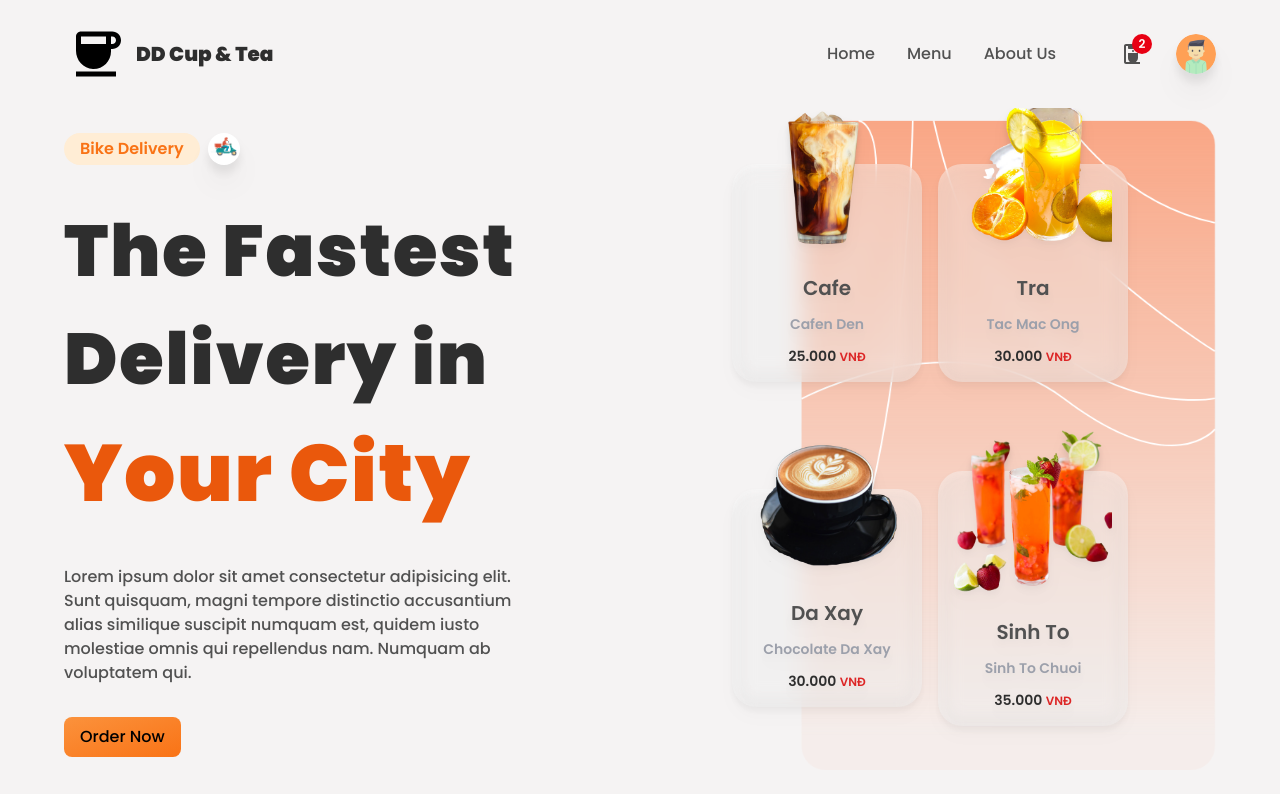
Repository: duongspm/ddcoffee
Page: /
These files come from the project's save history. The page is drawn as it stood at one moment and after the next save; the edit follows.
The browser window is 1280 px wide. The pictures show the whole page.
The project was rebuilt for these pictures with package versions that can differ from the ones it lists, and the page was loaded fresh each time. Also part of the build but not shown: src/App.css, src/components/CreateContainer.jsx.

Above is the page before, as saved 2022-07-12 20:28:50.

### src/index.js
import React from 'react';
import ReactDOM from 'react-dom/client';
import './index.css';
import App from './App';
import reportWebVitals from './reportWebVitals';

import { BrowserRouter as Router } from 'react-router-dom';

import { StateProvider } from './context/StateProvider';
import { initialState } from './context/initalState';
import reducer from './context/reducer';

const root = ReactDOM.createRoot(document.getElementById('root'));
root.render(
  <Router>
    <StateProvider initialState={initialState} reducer={reducer}>
      <App />
    </StateProvider>
  </Router>
  // <React.StrictMode>
  //   <App />
  // </React.StrictMode>
);

// If you want to start measuring performance in your app, pass a function
// to log results (for example: reportWebVitals(console.log))
// or send to an analytics endpoint. Learn more: https://bit.ly/CRA-vitals
reportWebVitals();

### src/index.css
/* body {
  margin: 0;
  font-family: -apple-system, BlinkMacSystemFont, 'Segoe UI', 'Roboto', 'Oxygen',
    'Ubuntu', 'Cantarell', 'Fira Sans', 'Droid Sans', 'Helvetica Neue',
    sans-serif;
  -webkit-font-smoothing: antialiased;
  -moz-osx-font-smoothing: grayscale;
}

code {
  font-family: source-code-pro, Menlo, Monaco, Consolas, 'Courier New',
    monospace;
} */

@import url(https://fonts.googleapis.com/css2?family=DM+Sans:ital,wght@0,400;0,500;1,400;1,500&family=Inter:wght@400;500;600&family=Mulish:wght@300&family=Nunito+Sans:wght@200&family=Playfair+Display:wght@700&family=Poppins:wght@500;600;900&family=Quicksand:wght@700&display=swap);
*{
  margin: 0;
  padding: 0;
  box-sizing: border-box;
}
body{
  font-family: 'Poppins', sans-serif, -apple-system, BlinkMacSystemFont, 'Segoe UI', 'Roboto', 'Oxygen',
  'Ubuntu', 'Cantarell', 'Fira Sans', 'Droid Sans', 'Helvetica Neue',
  sans-serif;
}
html, body{
  scroll-behavior: smooth;
  overflow-x: hidden; /*chống tràn*/
}
@tailwind base;
@tailwind components;
@tailwind utilities;

### src/App.js
import './App.css';
import {Route, Routes} from 'react-router-dom';
import MainContainer from './components/MainContainer';
import CreateContainer from './components/CreateContainer';
import { AnimatePresence } from 'framer-motion';

import { Header } from './components';

function App() {
  return (
    <AnimatePresence exitBeforeEnter>
      <div className="w-screen h-auto flex flex-col bg-primary">
        <Header/>
        <main className='mt-14 md:mt-24 px-4 md:px-16 py-4 w-full'>
          <Routes>
            <Route path='/*' element={<MainContainer/>}></Route>
            <Route path='/createItem' element={<CreateContainer/>}></Route>
          </Routes>
        </main>
      </div>
    </AnimatePresence>
  );
}

export default App;

### src/context/StateProvider.js
import React, {createContext, useContext, useReducer} from 'react';
export const StateContext = createContext();
export const StateProvider = ({reducer, initialState, children}) => (
    <StateContext.Provider value={useReducer(reducer, initialState)}>
        {children}
    </StateContext.Provider>
);

export const useStateValue = () => useContext(StateContext);

### src/context/initalState.js
import { fetchUser } from "../utils/fetchLocalStorageData"

const userInfo = fetchUser()

export const initialState = {
    user: null,
}

### src/context/reducer.js
export const actionType = {
    SET_USER: "SET_USER",
};

const reducer = (state, action) => {
    console.log(action);

    switch (action.type){
        case actionType.SET_USER:
            return {
                ...state,
                user: action.user,
            };

        default:
            return state;
    }
};

export default reducer;

### src/components/MainContainer.jsx
import React from 'react';
import HomeContainer from './HomeContainer';

const MainContainer = () => {
    return (
        <div className='w-full h-auto flex flex-col items-center justify-center'>
            <HomeContainer/>
        </div>
    );
};

export default MainContainer;

### src/components/index.js
export {default as Header} from './Header';
export {default as MainContainer} from './MainContainer';
export {default as CreateContainer} from './CreateContainer';
export {default as HomeContainer} from './HomeContainer';

### src/utils/fetchLocalStorageData.js
export const fetchUser = () => {
    const userInfo =
        localStorage.getItem("user") !== "undefined"
        ? JSON.parse(localStorage.getItem("user"))
        : localStorage.clear();
    return userInfo;
}

### src/components/HomeContainer.jsx
import React from 'react';
import delivery from '../assets/imgs/delivery.png';
import HeroBg from '../assets/imgs/heroBg.png';
import heroData from '../utils/data'

const HomeContainer = () => {
    return (
        <section id="home" className='grid grid-cols-1 md:grid-cols-2 gap-2 w-full'>
            <div className='py-2 flex flex-1 flex-col items-start  justify-center gap-8'>
                <div className='flex items-center gap-2 justify-center'>
                    <p className='text-base text-orange-500 font-semibold bg-orange-100 px-4 py-1 rounded-full'>Bike Delivery</p>
                    <div className='w-8 h-8 bg-white rounded-full overflow-hidden drop-shadow-xl'>
                        <img src={delivery} className="w-full h-full object-contain" alt="deli"/>
                    </div>
                </div>
                <p className='text-[2.5rem] font-bold tracking-wide text-headingColor lg:text-[4.5rem]'>The Fastest Delivery in <span className='text-orange-600 text-[3rem] lg:text-[5rem]'>Your City</span></p>
                <p className='text-base text-textColor text-center md:text-left md:w-[80%]'>Lorem ipsum dolor sit amet consectetur adipisicing elit. Sunt quisquam, magni tempore distinctio accusantium alias similique suscipit numquam est, quidem iusto molestiae omnis qui repellendus nam. Numquam ab voluptatem qui.</p>
                <button type='button' className='bg-gradient-to-br from-orange-400 to-orange-500 w-full px-4 py-2 rounded-lg hover:shadow-lg transition-all ease-in-out md:w-auto'>Order Now</button>
            </div>
            <div className='py-2 flex-1 flex items-center relative'>
                <img src={HeroBg} className="ml-auto h-420 w-full lg:w-auto lg:h-650" alt="hero-bg"/>

                <div className='w-full h-full absolute flex items-center justify-center top-0 left-0 py-4 gap-4 flex-wrap lg:px-26'>
                    {heroData && heroData.map(n => (
                        <div key={n.id} className='w-190 bg-cardOverlay backdrop-blur-md p-4 rounded-3xl flex flex-col items-center justify-center lg:w-190 drop-shadow-lg'>
                        <img src={n.imageSrc} className='w-20 lg:w-40 -mt-10 lg:-mt-20' alt='i1'/>
                        <p className='text-base lg:text-xl font-semibold text-textColor mt-2 lg:mt-4'>{n.name}</p>
                        <p className='text-[12px] lg:text-sm font-semibold text-lighttextGray my-1 lg:my-3'>{n.decp}</p>
                        <p className='text-sm font-semibold text-headingColor'>{n.price} <span className='text-xs text-red-600'>VNĐ</span></p>
                    </div>
                    ))}
                </div>
            </div>
        </section>
    );
};

export default HomeContainer;

### src/components/Header.jsx
import React, { useState } from 'react';
import {motion} from "framer-motion";
import {Link} from 'react-router-dom';
import {MdCoffee} from 'react-icons/md';
import {MdCoffeeMaker, MdAdd, MdLogout, MdAccountCircle} from 'react-icons/md';
//import Logo from '../assets/imgs/logo-dendo-cocaybua.png';
import Avatar from '../assets/imgs/avatar.png';
import { getAuth, signInWithPopup, GoogleAuthProvider } from "firebase/auth";
import { app } from '../firebase.config';
import { useStateValue } from '../context/StateProvider';
import { actionType } from '../context/reducer';

const Header = () => {
    const firebaseAuth = getAuth(app);
    const provider = new GoogleAuthProvider();

    const [{user}, dispatch] = useStateValue()

    const [isMenu, setIsMenu] = useState(false);

    const login = async () => {
        //đăng nhập rồi click vô avt k hiện đăng nhập nữa
        if(!user)
        {
            const {user: {refreshToken, providerData}} = await signInWithPopup(firebaseAuth, provider);
            dispatch({
                type : actionType.SET_USER,
                user : providerData[0],
            });
            localStorage.setItem("user", JSON.stringify(providerData[0]))
        }else{
            setIsMenu(!isMenu);
        }
    };
    const logout = () => {
        setIsMenu(false);
        localStorage.clear();
        dispatch({
            type: actionType.SET_USER,
            user: null,
        });
    }

    return (
        <header className='fixed z-50 w-screen p-3 px-4 md:p-6 md:px-16 bg-primary'>
            {/* desktop */}
            <div className='hidden md:flex w-full h-full items-center justify-between'>
                <Link to={"/"} className='flex items-center gap-2'>
                    {/* <img src={Logo} className="w-16 object-cover" alt="Logo nef"/> */}
                    <MdCoffee className='w-16 object-cover cursor-pointer text-6xl hover:text-cartNumBg'></MdCoffee>
                    <motion.p whileTap={{scale: 0.6}}  className='text-headingColor text-xl font-bold'>DD Cup & Tea</motion.p>
                </Link>
                <div className='flex items-center gap-8'> {/* bo ra ngoai div nay thi no se nam giua */}
                    <motion.ul
                        initial={{opacity: 0, x: 200}}
                        animate={{opacity: 1, x: 0}}
                        exit={{opacity: 0, x: 200}}
                        className="flex items-center gap-8 ">
                        <li className='text-base text-textColor hover:text-cartNumBg duration-100 transition-all ease-in-out cursor-pointer'>Home</li>
                        <li className='text-base text-textColor hover:text-cartNumBg duration-100 transition-all ease-in-out cursor-pointer'>Menu</li>
                        <li className='text-base text-textColor hover:text-cartNumBg duration-100 transition-all ease-in-out cursor-pointer'>About Us</li>
                    </motion.ul>
                    <div className='relative flex items-center justify-center'>
                        <MdCoffeeMaker className='text-textColor text-2xl ml-8 cursor-pointer'></MdCoffeeMaker>
                        <div className='absolute -top-2 -right-2 w-5 h-5 rounded-full bg-cartNumBg flex items-center justify-center'>
                            <p className='text-xs text-white font-semibold'>2</p>
                        </div>
                    </div>
                    <div className='relative'>
                        <motion.img whileTap={{scale: 0.6}} className='w-10 min-w-[40px] h-10 min-h-[40px] drop-shadow-xl rounded-full' src={user ? user.photoURL : Avatar} alt="avata nguoi dung"
                        onClick={login}/>
                        {/* Menu In4 */}
                        {
                            isMenu &&
                            (
                                <motion.div
                                    initial={{opacity: 0, scale: 0.6}}
                                    animate={{opacity: 1, scale: 1}}
                                    exit={{opacity: 0, scale: 0.6}}
                                    className='w-40 bg-gray-50 shadow-xl rounded-lg absolute flex flex-col top-12 right-0'>
                                    {
                                        user && user.email === "tranvanduong10a22016bb@gmail.com" && (
                                            <Link to={'/createItem'}>
                                                <p className='px-4 py-2 flex items-center gap-3 cursor-pointer hover:bg-slate-100 transition-all duration-100 ease-in-out text-textColor text-base '><MdAdd/> New Item </p>
                                            </Link>
                                        )
                                    }
                                    <Link to={'/info'}>
                                        <p className='px-4 py-2 flex items-center gap-3 cursor-pointer hover:bg-slate-100 transition-all duration-100 ease-in-out text-textColor text-base'><MdAccountCircle/>{user ? user.displayName : 'In4'} </p>
                                    </Link>
                                    <hr/>
                                    <p className='px-4 py-2 flex items-center gap-3 cursor-pointer hover:bg-slate-100 transition-all duration-100 ease-in-out text-textColor text-base' onClick={logout}><MdLogout/> Logout </p>
                                </motion.div>
                            )
                        }
                        {/* End Menu In4 */}
                    </div>
                </div>
            </div>
            {/* mobile */}
            <div className='flex items-center justify-between md:hidden w-full h-full'>
                <div className='relative flex items-center justify-center'>
                    <MdCoffeeMaker className='text-textColor text-2xl ml-8 cursor-pointer'></MdCoffeeMaker>
                    <div className='absolute -top-2 -right-2 w-5 h-5 rounded-full bg-cartNumBg flex items-center justify-center'>
                        <p className='text-xs text-white font-semibold'>2</p>
                    </div>
                </div>
                <Link to={"/"} className='flex items-center gap-2'>
                    {/* <img src={Logo} className="w-16 object-cover" alt="Logo nef"/> */}
                    <MdCoffee className='w-16 object-cover cursor-pointer text-6xl hover:text-cartNumBg'></MdCoffee>
                    <motion.p whileTap={{scale: 0.6}}  className='text-headingColor text-xl font-bold'>DD Cup & Tea</motion.p>
                </Link>

                <div className='relative'>
                        <motion.img whileTap={{scale: 0.6}} className='w-10 min-w-[40px] h-10 min-h-[40px] drop-shadow-xl rounded-full' src={user ? user.photoURL : Avatar} alt="avata nguoi dung"
                        onClick={login}/>
                        {/* Menu In4 */}
                        {
                            isMenu &&
                            (
                                <motion.div
                                    initial={{opacity: 0, scale: 0.6}}
                                    animate={{opacity: 1, scale: 1}}
                                    exit={{opacity: 0, scale: 0.6}}
                                    className='w-40 bg-gray-50 shadow-xl rounded-lg absolute flex flex-col top-12 right-0'>
                                    {
                                        user && user.email === "tranvanduong10a22016bb@gmail.com" && (
                                            <Link to={'/createItem'}>
                                                <p className='px-4 py-2 flex items-center gap-3 cursor-pointer hover:bg-slate-100 transition-all duration-100 ease-in-out text-textColor text-base justify-center'><MdAdd/> New Item </p>
                                            </Link>
                                        )
                                    }
                                    <ul className="flex flex-col">
                                        <li className='text-base text-textColor hover:text-cartNumBg duration-100 transition-all ease-in-out cursor-pointer hover:bg-slate-100 px-4 py-2'>Home</li>
                                        <li className='text-base text-textColor hover:text-cartNumBg duration-100 transition-all ease-in-out cursor-pointer hover:bg-slate-100 px-4 py-2'>Menu</li>
                                        <li className='text-base text-textColor hover:text-cartNumBg duration-100 transition-all ease-in-out cursor-pointer hover:bg-slate-100 px-4 py-2'>About Us</li>
                                    </ul>
                                    <hr/>
                                    <Link to={'/info'}>
                                        <p className='px-4 py-2 flex items-center gap-3 cursor-pointer hover:bg-slate-100 transition-all duration-100 ease-in-out text-textColor text-base justify-center'><MdAccountCircle/> In4 </p>
                                    </Link>
                                    <hr/>
                                    <p className='m-2 p-2 rounded-md shadow-md flex items-center gap-3 cursor-pointer hover:bg-slate-300 transition-all duration-100 ease-in-out text-textColor text-base justify-center bg-gray-200 ' onClick={logout}><MdLogout/> Logout </p>
                                </motion.div>
                            )
                        }
                        {/* End Menu In4 */}
                    </div>
            </div>
        </header>
    );
};

export default Header;

### src/utils/data.js
import I1 from '../assets/imgs/bacxiu.png';
import I2 from '../assets/imgs/cam.png';
import I3 from '../assets/imgs/capu.png';
import I4 from '../assets/imgs/dau.png';
const heropData = [
    {id : 1, name: 'Cafe', decp : 'Cafen Den', price : '25.000', imageSrc : I1},
    {id : 2, name: 'Tra', decp : 'Tac Mac Ong', price : '30.000', imageSrc : I2},
    {id : 3, name: 'Da Xay', decp : 'Chocolate Da Xay', price : '30.000', imageSrc : I3},
    {id : 4, name: 'Sinh To', decp : 'Sinh To Chuoi', price : '35.000', imageSrc : I4},
]
export default heropData;

### src/firebase.config.js
import {getApp, getApps, initializeApp} from 'firebase/app';
import {getFirestore} from 'firebase/firestore';
import {getStorage} from 'firebase/storage';

const firebaseConfig = {
    apiKey : "AIzaSyAiraH4JLA5tCdJ0jHuDoW_0qsknKtMiQc" ,
    authDomain : "ddcoffee-35878.firebaseapp.com" ,
    databaseURL : "https://ddcoffee-35878-default-rtdb.firebaseio.com" ,
    projectId : "ddcoffee-35878" ,
    storageBucket : "ddcoffee-35878.appspot.com" ,
    messagingSenderId : "404922796023" ,
    appId : "1:404922796023:web:4717a230c36f3a24a4d0f2"
    };

    const app = getApps.length > 0 ? getApp() : initializeApp(firebaseConfig);

    const firestore = getFirestore(app);
    const storage = getStorage(app);

    export {app, firestore, storage};

### tailwind.config.js
/** @type {import('tailwindcss').Config} */
module.exports = {
  content: [
    "./src/**/*.{js,jsx,ts,tsx}",
  ],
  theme: {
    extend: {
      margin: {
        320: "320px",
      },
      width: {
        150: "150px",
        190: "190px",
        225: "225px",
        275: "275px",
        300: "300px",
        340: "340px",
        350: "350px",
        375: "375px",
        460: "460px",
        656: "656px",
        880: "880px",
        508: "508px",
      },
      height: {
        80: "80px",
        150: "150px",
        225: "225px",
        300: "300px",
        340: "340px",
        370: "370px",
        420: "420px",
        510: "510px",
        600: "600px",
        650: "650px",
        685: "685px",
        800: "800px",
        "90vh": "90vh",
      },
      minWidth: {
        210: "210px",
        350: "350px",
        620: "620px",
      },
      colors: {
        headingColor:"#2e2e2e",
        textColor:"#515151",
        cartNumBg:"#e80013",
        primary:"#f5f3f3",
        // textColor: "#101010",
        // activeText: "#D6230A",
        gradientBg: "rgba(116, 249, 105,0.4)",
        // whiteAlpha: "rgba(255,255,255,0.2)",
        // cardColor: "#f5f5f5",
        // cartBg: "#282a2c",
        // cartItem: "#2e3033",
        // cartTotal: "#343739",
        cardOverlay: "rgba(256,256,256,0.4)",
        lighttextGray:"#9ca0ab",
      },
      screens: {
        sm: "640px",
        md: "768px",
        lg: "1024px",
        xl: "1280px",
        "2xl": "1536px",
      },
    },
  },
  plugins: [],
}

Loaded but not shown: public/index.html (common file); src/reportWebVitals.js (common file)

After the next save:
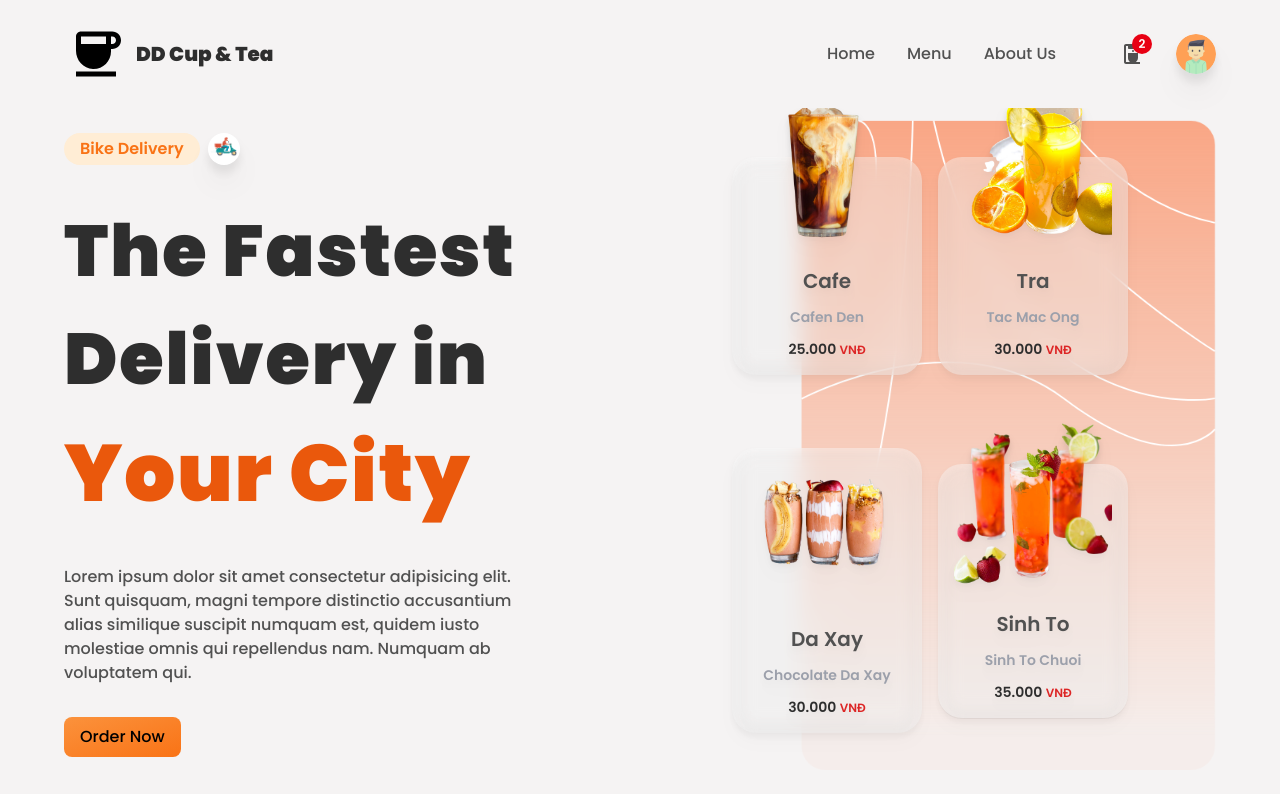
Saved 17 s later.
--- a/src/utils/data.js
+++ b/src/utils/data.js
@@ -1,6 +1,6 @@
 import I1 from '../assets/imgs/bacxiu.png';
 import I2 from '../assets/imgs/cam.png';
-import I3 from '../assets/imgs/capu.png';
+import I3 from '../assets/imgs/chuoi.png';
 import I4 from '../assets/imgs/dau.png';
 const heropData = [
     {id : 1, name: 'Cafe', decp : 'Cafen Den', price : '25.000', imageSrc : I1},
